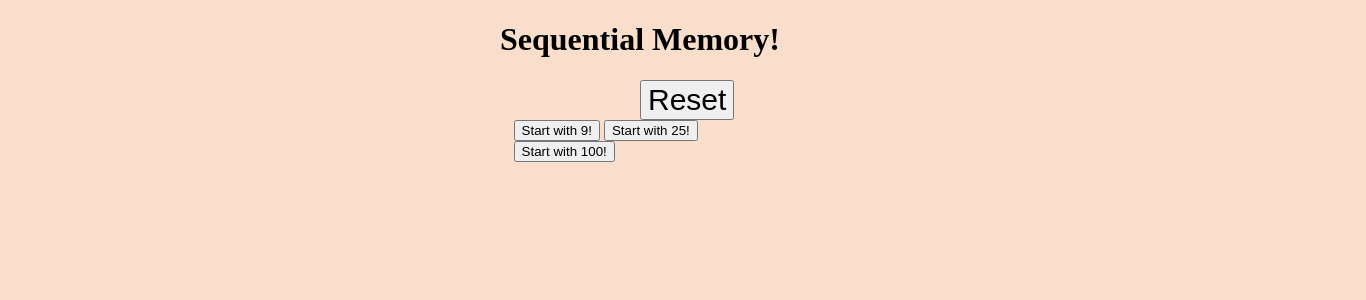
Repository: HyveMynd/htdocs
Page: PS1/MemoryNumbers.html
These files come from the project's save history. The page is drawn as it stood at one moment and after the next save; the edit follows.
The browser window is 1280 px wide. The page is 1366 px wide, so the pictures cover 1366 px, including what lies to the right of the window. The pictures show the whole page.
Some web libraries are served in a nearby version.

Above is the page before, as saved 2013-01-22 04:29:33.

### PS1/MemoryNumbers.html
<!DOCTYPE html PUBLIC "-//W3C//DTD HTML 4.01 Transitional//EN" "http://www.w3.org/TR/html4/loose.dtd">
<html>
<head>
<meta http-equiv="Content-Type" content="text/html; charset=UTF-8">
<link rel="stylesheet" href="MemoryStyle.css" type="text/css" />
<script type="text/javascript" src="https://ajax.googleapis.com/ajax/libs/jquery/1.7.1/jquery.min.js"></script>
<script src="memory.js" type="text/javascript" ></script>
<title>Number Memory</title>
</head>
<body>
<h1>Sequential Memory!</h1>
<input id=reset type=button onclick=window.location.reload() value=Reset visible=hidden />
<div class=gameboard ></div>
<div class=select>
	<button id=num3 onclick="displayBoard(3)">Start with 9!</button>
	<button id=num5 onclick="displayBoard(5)">Start with 25!</button>
	<button id=num10 onclick="displayBoard(10)">Start with 100!</button>
</div>
</body>
</html>

### PS1/MemoryStyle.css
@CHARSET "UTF-8";
body { background-color:#f9dfcb; }
h1 { text-align:center; color:black }
table {
	text-align:center;
	color:black;
	border: 5px solid black;
	border-collapse:collapse;
	margin:auto;
	font-size:50px;
}
tr { border: 5px solid black; height: 100px; width: 100px; }
td { border: 5px solid black; height: 100px; width: 100px; }
p {text-align:center; font-size:30px}
.gameboard input {
	height:90px;
	width:90px;
	background-color:#faaaab;
	font-size:30px;
	color:#faaaab;
}
.select {
	font-size:30;
	margin-left:40%;
	margin-right:40%;
}
#reset {
	font-size:30px;
	margin-left:50%;
	margin-right:50%;
}

### PS1/memory.js
var current = 0;
var numbers = new Array();
var rowsColumns;

function displayNumber(button){
	//show number in black
	$(button).css({color:"#000000"});
	var selected = $(button).val();
	//if the number is sequential, do not fade
	if (selected == current+1){
		current++;
	}
	//else reset the numbers to be invisible
	else{
		window.setTimeout(function () {showbutton();}, 500);
		current=0;
	}
	//check for game completion
	if(current == rowsColumns*rowsColumns){
		gameComplete();
	}
}

function showbutton(){
	//reset all the numbers back to blank
	$(".gameboard input").css({color:"#faaaab"});
}

function mouseDown(e){
	displayNumber();
}

function displayBoard(num){
	rowsColumns = num;
	for (var i = 0; i < num*num; i++){
		numbers[i] = i+1;
	}

	//add the buttons to the gameboard
	var board = "<table>";
	for (var r = 0; r < num; r++){
		var row = "<tr>";
		for (var c = 0; c < num; c++){
			var key = Math.floor(Math.random() * numbers.length-1);
			var number = numbers.splice(key, 1);
			//randomly select array numbers
			row += "<td><input type=button value="+number+" /></td>";
		}
		row += "</tr>";
		board += row;
	}
	board += "</table>";
	$(".gameboard").append(board);
	$("#twentyfive").hide();

	//tie gameboard buttons
	$(".gameboard input").click(function () { play(this); });
}

function play(button){
	//get the row and column of the button
	var td = $(button).parent();
	var col = td.parent().children().index(td);
	var row = td.parent().parent().children().index(td.parent());

	//toggle the number to display
	toggle(row, col);
}

function toggle (r,c){
	var button = $(".gameboard input").get(r*rowsColumns+c);
	displayNumber(button);
}

function gameComplete(){
	window.alert("Congratulations! You have won!");
}

After the next save:
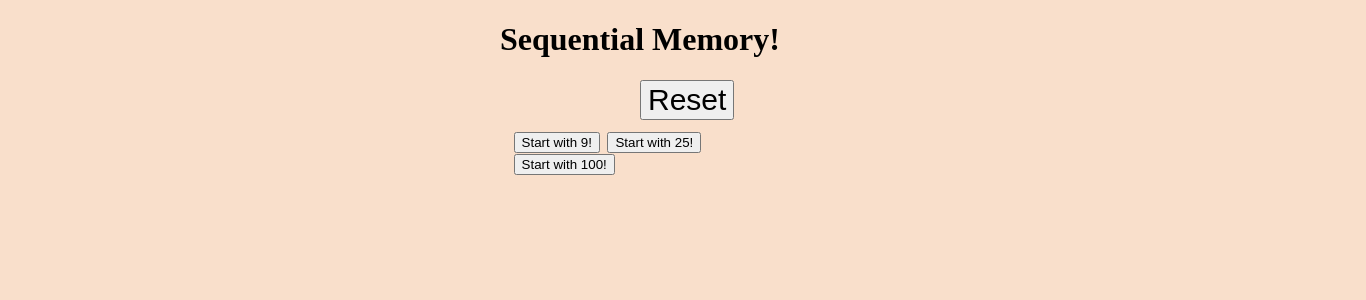
Saved 5 s later.
--- a/PS1/MemoryStyle.css
+++ b/PS1/MemoryStyle.css
@@ -20,7 +20,7 @@ p {text-align:center; font-size:30px}
 	color:#faaaab;
 }
 .select {
-	font-size:30;
+	font-size:30px;
 	margin-left:40%;
 	margin-right:40%;
 }
